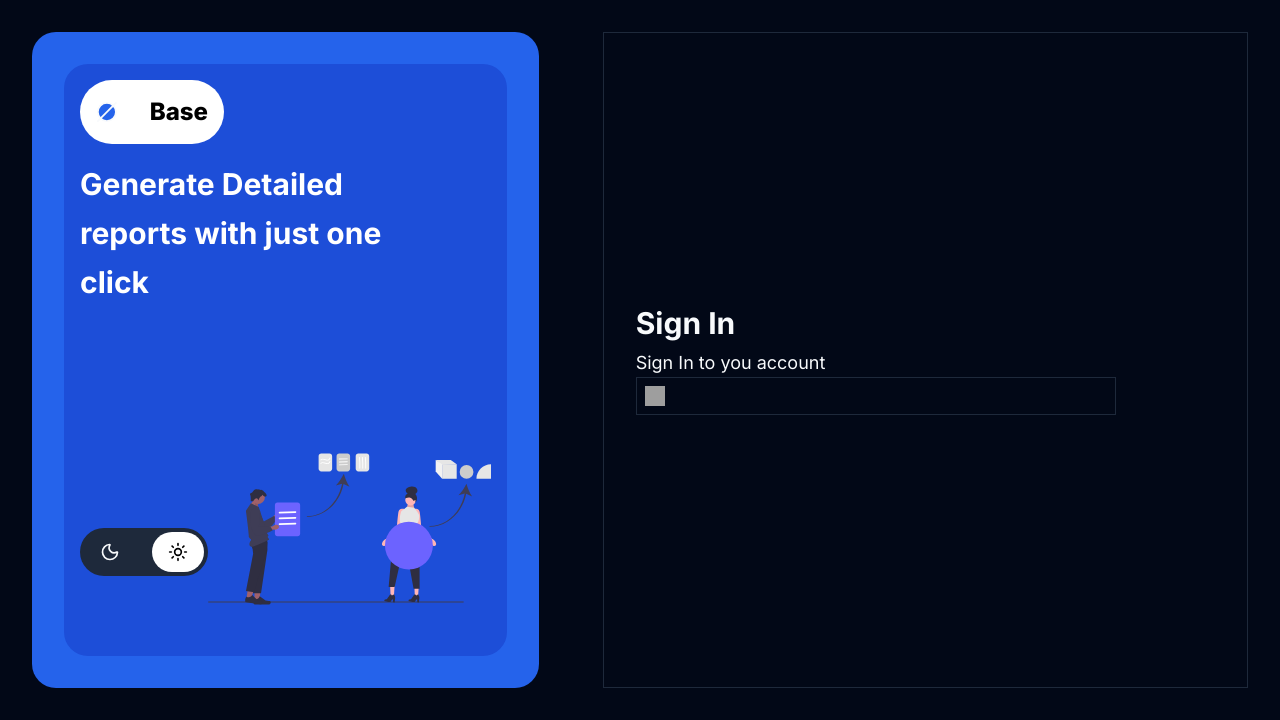
Repository: Hardyy00/openinapp_assignment
Page: /
The author's editor kept a copy of each file at every save. The page is drawn from the files as they stood at one save, then again after the next save.
The browser window is 1280 px wide. The pictures show the whole page.
Pictures or frames that could not be fetched are drawn as grey boxes. The project was rebuilt for these pictures with package versions that can differ from the ones it lists, and the page was loaded fresh each time. The framework's server and built-in components were replaced by stand-ins that run in the browser. Also part of the build but not shown: next.config.mjs.

Above is the page before, as saved 2024-08-23 16:30:46.

After the next save:
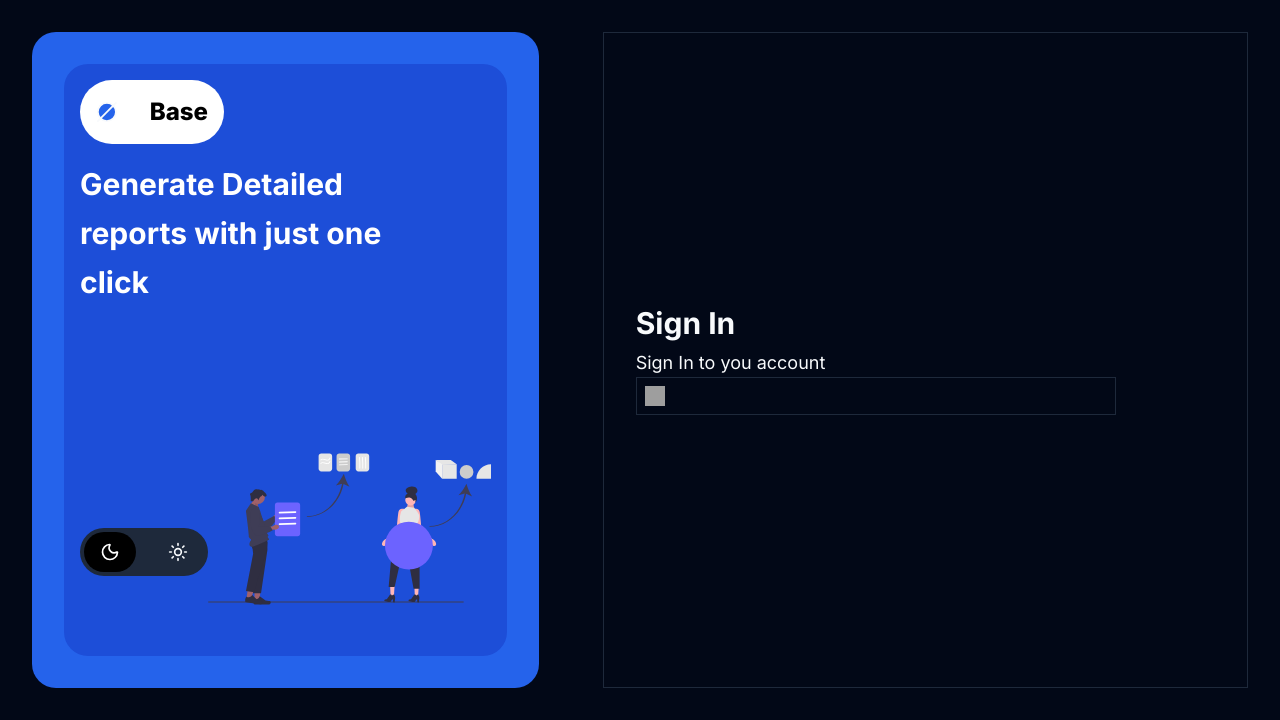
Saved 12 s later.
--- a/components/theme-toggle.tsx
+++ b/components/theme-toggle.tsx
@@ -12,7 +12,7 @@ interface ToggleThemeProps {
 
 export const ThemeToggle: React.FC<ToggleThemeProps> = ({ className = "" }) => {
   const { setTheme } = useTheme();
-  const [on, setOn] = useState<String>("sun");
+  const [on, setOn] = useState<String>("moon");
 
   const handleClick = (type: string) => {
     if (type === "sun") {
